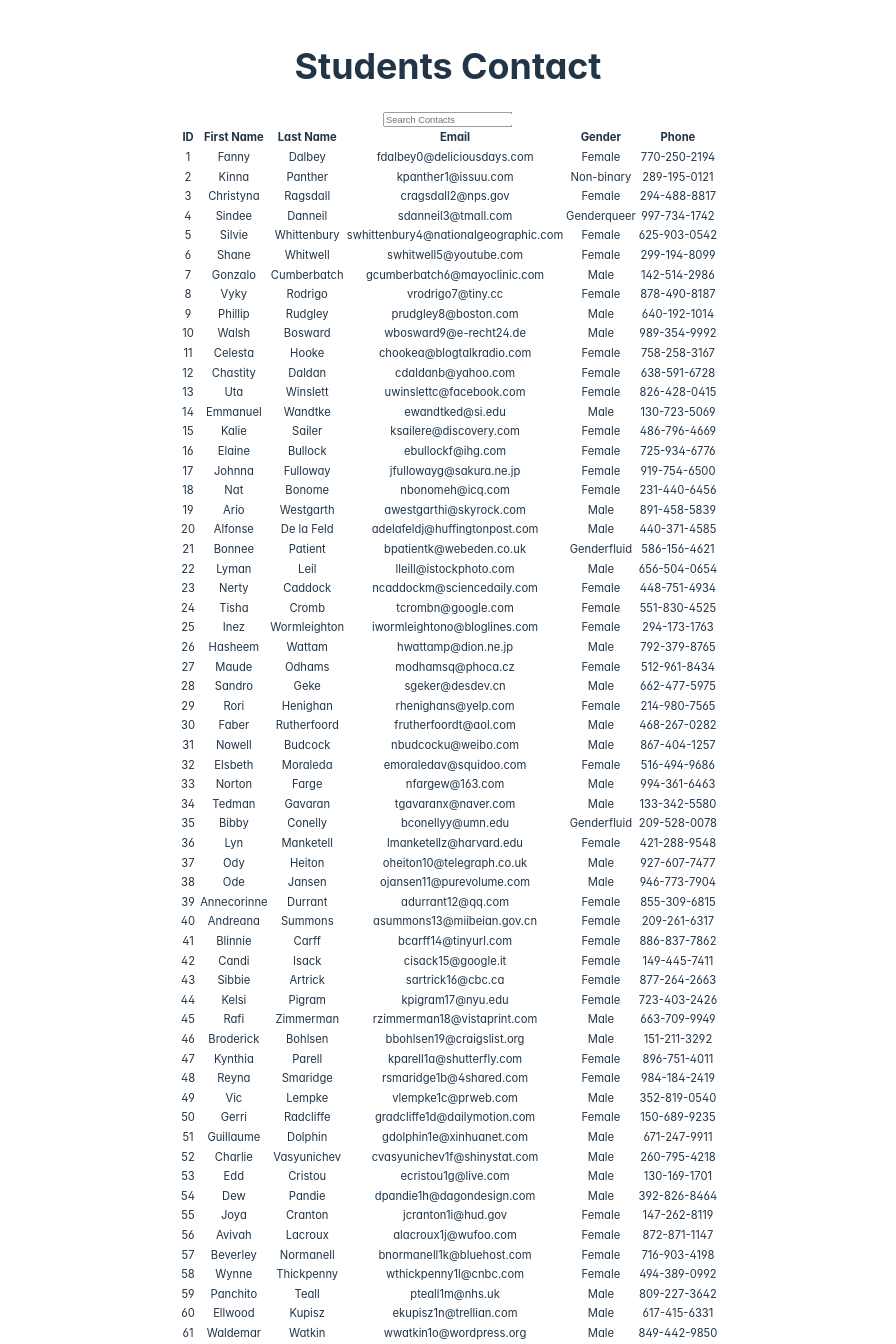
Repository: YingCG/search-sort-object
Page: / (app in filter-through-results/)
An editor plug-in stored every save of this project. The page is shown before and after the next save, followed by the edit.
The browser window is 1280 px wide. The pictures show the part of the page from y = 0 to 1920 px (the page is 3043 px tall before and 805 px after), at 70% of full size.
Some web fonts or font styles are not loaded; a fallback is used. The project was rebuilt for these pictures with package versions that can differ from the ones it lists, and the page was loaded fresh each time. Also part of the build but not shown: filter-through-results/vite.config.js, filter-through-results/src/Search.jsx, filter-through-results/src/SortableTable.jsx.

Above is the page before, as saved 2024-02-28 11:21:24.

### filter-through-results/src/App.jsx
import "./App.css";
import Search from "./Search.jsx";
import SearchAnything from "./SearchAnything.jsx";
import SortableTable from "./SortableTable.jsx";
import DynamicTable from "./DynamicTable.jsx";

function App() {
  return (
    <>
      {/* <Search /> */}
      <SearchAnything />
      {/* <DynamicTable /> */}
    </>
  );
}

export default App;

### filter-through-results/src/SearchAnything.jsx
import React, { useState } from "react";
import { users } from "./data.js";

const SearchAnything = () => {
  const [currentInfo, setCurrentInfo] = useState(users);
  const [filteredInfo, setFilteredInfo] = useState(currentInfo);

  const searchInfo = (e) => {
    console.log(e.target.value);

    setFilteredInfo(
      currentInfo.filter((info) => {
        return Object.values(info).some((value) =>
          String(value).toLowerCase().includes(e.target.value)
        );
      })
    );
  };

  return (
    <>
      <div className="App">
        <h1>Students Contact</h1>
        <form>
          <input placeholder="Search Contacts" onChange={searchInfo} />
        </form>
        <table>
          <thead>
            <tr>
              <th>ID</th>
              <th>First Name</th>
              <th>Last Name</th>
              <th>Email</th>
              <th>Gender</th>
              <th>Phone</th>
            </tr>
          </thead>
          <tbody>
            {filteredInfo.map((user) => (
              <tr key={user.id}>
                <td>{user.id}</td>
                <td>{user.first_name}</td>
                <td>{user.last_name}</td>
                <td>{user.email}</td>
                <td>{user.gender}</td>
                <td>{user.phone}</td>
              </tr>
            ))}
          </tbody>
        </table>
      </div>
    </>
  );
};

export default SearchAnything;

### filter-through-results/src/data.js
export const users = [
  {
    id: 1,
    first_name: "Fanny",
    last_name: "Dalbey",
    email: "fdalbey0@deliciousdays.com",
    gender: "Female",
    phone: "770-250-2194",
  },
  {
    id: 2,
    first_name: "Kinna",
    last_name: "Panther",
    email: "kpanther1@issuu.com",
    gender: "Non-binary",
    phone: "289-195-0121",
  },
  {
    id: 3,
    first_name: "Christyna",
    last_name: "Ragsdall",
    email: "cragsdall2@nps.gov",
    gender: "Female",
    phone: "294-488-8817",
  },
  {
    id: 4,
    first_name: "Sindee",
    last_name: "Danneil",
    email: "sdanneil3@tmall.com",
    gender: "Genderqueer",
    phone: "997-734-1742",
  },
  {
    id: 5,
    first_name: "Silvie",
    last_name: "Whittenbury",
    email: "swhittenbury4@nationalgeographic.com",
    gender: "Female",
    phone: "625-903-0542",
  },
  {
    id: 6,
    first_name: "Shane",
    last_name: "Whitwell",
    email: "swhitwell5@youtube.com",
    gender: "Female",
    phone: "299-194-8099",
  },
  {
    id: 7,
    first_name: "Gonzalo",
    last_name: "Cumberbatch",
    email: "gcumberbatch6@mayoclinic.com",
    gender: "Male",
    phone: "142-514-2986",
  },
  {
    id: 8,
    first_name: "Vyky",
    last_name: "Rodrigo",
    email: "vrodrigo7@tiny.cc",
    gender: "Female",
    phone: "878-490-8187",
  },
  {
    id: 9,
    first_name: "Phillip",
    last_name: "Rudgley",
    email: "prudgley8@boston.com",
    gender: "Male",
    phone: "640-192-1014",
  },
  {
    id: 10,
    first_name: "Walsh",
    last_name: "Bosward",
    email: "wbosward9@e-recht24.de",
    gender: "Male",
    phone: "989-354-9992",
  },
  {
    id: 11,
    first_name: "Celesta",
    last_name: "Hooke",
    email: "chookea@blogtalkradio.com",
    gender: "Female",
    phone: "758-258-3167",
  },
  {
    id: 12,
    first_name: "Chastity",
    last_name: "Daldan",
    email: "cdaldanb@yahoo.com",
    gender: "Female",
    phone: "638-591-6728",
  },
  {
    id: 13,
    first_name: "Uta",
    last_name: "Winslett",
    email: "uwinslettc@facebook.com",
    gender: "Female",
    phone: "826-428-0415",
  },
  {
    id: 14,
    first_name: "Emmanuel",
    last_name: "Wandtke",
    email: "ewandtked@si.edu",
    gender: "Male",
    phone: "130-723-5069",
  },
  {
    id: 15,
    first_name: "Kalie",
    last_name: "Sailer",
    email: "ksailere@discovery.com",
    gender: "Female",
    phone: "486-796-4669",
  },
  {
    id: 16,
    first_name: "Elaine",
    last_name: "Bullock",
    email: "ebullockf@ihg.com",
    gender: "Female",
    phone: "725-934-6776",
  },
  {
    id: 17,
    first_name: "Johnna",
    last_name: "Fulloway",
    email: "jfullowayg@sakura.ne.jp",
    gender: "Female",
    phone: "919-754-6500",
  },
  {
    id: 18,
    first_name: "Nat",
    last_name: "Bonome",
    email: "nbonomeh@icq.com",
    gender: "Female",
    phone: "231-440-6456",
  },
  {
    id: 19,
    first_name: "Ario",
    last_name: "Westgarth",
    email: "awestgarthi@skyrock.com",
    gender: "Male",
    phone: "891-458-5839",
  },
  {
    id: 20,
    first_name: "Alfonse",
    last_name: "De la Feld",
    email: "adelafeldj@huffingtonpost.com",
    gender: "Male",
    phone: "440-371-4585",
  },
  {
    id: 21,
    first_name: "Bonnee",
    last_name: "Patient",
    email: "bpatientk@webeden.co.uk",
    gender: "Genderfluid",
    phone: "586-156-4621",
  },
  {
    id: 22,
    first_name: "Lyman",
    last_name: "Leil",
    email: "lleill@istockphoto.com",
    gender: "Male",
    phone: "656-504-0654",
  },
  {
    id: 23,
    first_name: "Nerty",
    last_name: "Caddock",
    email: "ncaddockm@sciencedaily.com",
    gender: "Female",
    phone: "448-751-4934",
  },
  {
    id: 24,
    first_name: "Tisha",
    last_name: "Cromb",
    email: "tcrombn@google.com",
    gender: "Female",
    phone: "551-830-4525",
  },
  {
    id: 25,
    first_name: "Inez",
    last_name: "Wormleighton",
    email: "iwormleightono@bloglines.com",
    gender: "Female",
    phone: "294-173-1763",
  },
  {
    id: 26,
    first_name: "Hasheem",
    last_name: "Wattam",
    email: "hwattamp@dion.ne.jp",
    gender: "Male",
    phone: "792-379-8765",
  },
  {
    id: 27,
    first_name: "Maude",
    last_name: "Odhams",
    email: "modhamsq@phoca.cz",
    gender: "Female",
    phone: "512-961-8434",
  },
  {
    id: 28,
    first_name: "Sandro",
    last_name: "Geke",
    email: "sgeker@desdev.cn",
    gender: "Male",
    phone: "662-477-5975",
  },
  {
    id: 29,
    first_name: "Rori",
    last_name: "Henighan",
    email: "rhenighans@yelp.com",
    gender: "Female",
    phone: "214-980-7565",
  },
  {
    id: 30,
    first_name: "Faber",
    last_name: "Rutherfoord",
    email: "frutherfoordt@aol.com",
    gender: "Male",
    phone: "468-267-0282",
  },
  {
    id: 31,
    first_name: "Nowell",
    last_name: "Budcock",
    email: "nbudcocku@weibo.com",
    gender: "Male",
    phone: "867-404-1257",
  },
  {
    id: 32,
    first_name: "Elsbeth",
    last_name: "Moraleda",
    email: "emoraledav@squidoo.com",
    gender: "Female",
    phone: "516-494-9686",
  },
  {
    id: 33,
    first_name: "Norton",
    last_name: "Farge",
    email: "nfargew@163.com",
    gender: "Male",
    phone: "994-361-6463",
  },
  {
    id: 34,
    first_name: "Tedman",
    last_name: "Gavaran",
    email: "tgavaranx@naver.com",
    gender: "Male",
    phone: "133-342-5580",
  },
  {
    id: 35,
    first_name: "Bibby",
    last_name: "Conelly",
    email: "bconellyy@umn.edu",
    gender: "Genderfluid",
    phone: "209-528-0078",
  },
  {
    id: 36,
    first_name: "Lyn",
    last_name: "Manketell",
    email: "lmanketellz@harvard.edu",
    gender: "Female",
    phone: "421-288-9548",
  },
  {
    id: 37,
    first_name: "Ody",
    last_name: "Heiton",
    email: "oheiton10@telegraph.co.uk",
    gender: "Male",
    phone: "927-607-7477",
  },
  {
    id: 38,
    first_name: "Ode",
    last_name: "Jansen",
    email: "ojansen11@purevolume.com",
    gender: "Male",
    phone: "946-773-7904",
  },
  {
    id: 39,
    first_name: "Annecorinne",
    last_name: "Durrant",
    email: "adurrant12@qq.com",
    gender: "Female",
    phone: "855-309-6815",
  },
  {
    id: 40,
    first_name: "Andreana",
    last_name: "Summons",
    email: "asummons13@miibeian.gov.cn",
    gender: "Female",
    phone: "209-261-6317",
  },
  {
    id: 41,
    first_name: "Blinnie",
    last_name: "Carff",
    email: "bcarff14@tinyurl.com",
    gender: "Female",
    phone: "886-837-7862",
  },
  {
    id: 42,
    first_name: "Candi",
    last_name: "Isack",
    email: "cisack15@google.it",
    gender: "Female",
    phone: "149-445-7411",
  },
  {
    id: 43,
    first_name: "Sibbie",
    last_name: "Artrick",
    email: "sartrick16@cbc.ca",
    gender: "Female",
    phone: "877-264-2663",
  },
  {
    id: 44,
    first_name: "Kelsi",
    last_name: "Pigram",
    email: "kpigram17@nyu.edu",
    gender: "Female",
    phone: "723-403-2426",
  },
  {
    id: 45,
    first_name: "Rafi",
    last_name: "Zimmerman",
    email: "rzimmerman18@vistaprint.com",
    gender: "Male",
    phone: "663-709-9949",
  },
  {
    id: 46,
    first_name: "Broderick",
    last_name: "Bohlsen",
    email: "bbohlsen19@craigslist.org",
    gender: "Male",
    phone: "151-211-3292",
  },
  {
    id: 47,
    first_name: "Kynthia",
    last_name: "Parell",
    email: "kparell1a@shutterfly.com",
    gender: "Female",
    phone: "896-751-4011",
  },
  {
    id: 48,
    first_name: "Reyna",
    last_name: "Smaridge",
    email: "rsmaridge1b@4shared.com",
    gender: "Female",
    phone: "984-184-2419",
  },
  {
    id: 49,
    first_name: "Vic",
    last_name: "Lempke",
    email: "vlempke1c@prweb.com",
    gender: "Male",
    phone: "352-819-0540",
  },
  {
    id: 50,
    first_name: "Gerri",
    last_name: "Radcliffe",
    email: "gradcliffe1d@dailymotion.com",
    gender: "Female",
    phone: "150-689-9235",
  },
  {
    id: 51,
    first_name: "Guillaume",
    last_name: "Dolphin",
    email: "gdolphin1e@xinhuanet.com",
    gender: "Male",
    phone: "671-247-9911",
  },
  {
    id: 52,
    first_name: "Charlie",
    last_name: "Vasyunichev",
    email: "cvasyunichev1f@shinystat.com",
    gender: "Male",
    phone: "260-795-4218",
  },
  {
    id: 53,
    first_name: "Edd",
    last_name: "Cristou",
    email: "ecristou1g@live.com",
    gender: "Male",
    phone: "130-169-1701",
  },
  {
    id: 54,
    first_name: "Dew",
    last_name: "Pandie",
    email: "dpandie1h@dagondesign.com",
    gender: "Male",
    phone: "392-826-8464",
  },
  {
    id: 55,
    first_name: "Joya",
    last_name: "Cranton",
    email: "jcranton1i@hud.gov",
    gender: "Female",
    phone: "147-262-8119",
  },
  {
    id: 56,
    first_name: "Avivah",
    last_name: "Lacroux",
    email: "alacroux1j@wufoo.com",
    gender: "Female",
    phone: "872-871-1147",
  },
  {
    id: 57,
    first_name: "Beverley",
    last_name: "Normanell",
    email: "bnormanell1k@bluehost.com",
    gender: "Female",
    phone: "716-903-4198",
  },
  {
    id: 58,
    first_name: "Wynne",
    last_name: "Thickpenny",
    email: "wthickpenny1l@cnbc.com",
    gender: "Female",
    phone: "494-389-0992",
  },
  {
    id: 59,
    first_name: "Panchito",
    last_name: "Teall",
    email: "pteall1m@nhs.uk",
    gender: "Male",
    phone: "809-227-3642",
  },
  {
    id: 60,
    first_name: "Ellwood",
    last_name: "Kupisz",
    email: "ekupisz1n@trellian.com",
    gender: "Male",
    phone: "617-415-6331",
  },
  {
    id: 61,
    first_name: "Waldemar",
    last_name: "Watkin",
    email: "wwatkin1o@wordpress.org",
    gender: "Male",
    phone: "849-442-9850",
  },
  {
    id: 62,
    first_name: "Sophey",
    last_name: "Nani",
    email: "snani1p@friendfeed.com",
    gender: "Female",
    phone: "163-154-4544",
  },
  {
    id: 63,
    first_name: "Elton",
    last_name: "Guitt",
    email: "eguitt1q@salon.com",
    gender: "Male",
    phone: "973-462-7303",
  },
  {
    id: 64,
    first_name: "Laurella",
    last_name: "Adamovsky",
    email: "ladamovsky1r@elpais.com",
    gender: "Female",
    phone: "772-338-4733",
  },
  {
    id: 65,
    first_name: "Gale",
    last_name: "Kopelman",
    email: "gkopelman1s@cdc.gov",
    gender: "Female",
    phone: "840-597-2844",
  },
  {
    id: 66,
    first_name: "Datha",
    last_name: "Roach",
    email: "droach1t@live.com",
    gender: "Bigender",
    phone: "439-950-0317",
  },
  {
    id: 67,
    first_name: "Marijn",
    last_name: "Stonhard",
    email: "mstonhard1u@google.pl",
    gender: "Male",
    phone: "754-819-1205",
  },
  {
    id: 68,
    first_name: "Nicky",
    last_name: "Boar",
    email: "nboar1v@toplist.cz",
    gender: "Male",
    phone: "228-612-2358",
  },
  {
    id: 69,
    first_name: "Dollie",
    last_name: "Bettenay",
    email: "dbettenay1w@timesonline.co.uk",
    gender: "Genderqueer",
    phone: "406-472-4662",
  },
  {
    id: 70,
    first_name: "Alexine",
    last_name: "Myderscough",
    email: "amyderscough1x@mac.com",
    gender: "Female",
    phone: "414-721-0547",
  },
  {
    id: 71,
    first_name: "Kev",
    last_name: "Hassett",
    email: "khassett1y@abc.net.au",
    gender: "Non-binary",
    phone: "449-710-4439",
  },
  {
    id: 72,
    first_name: "Ermin",
    last_name: "Hearne",
    email: "ehearne1z@bloomberg.com",
    gender: "Male",
    phone: "905-421-4773",
  },
  {
    id: 73,
    first_name: "Gerick",
    last_name: "Reeks",
    email: "greeks20@alexa.com",
    gender: "Male",
    phone: "606-416-5596",
  },
  {
    id: 74,
    first_name: "Christina",
    last_name: "Clousley",
    email: "cclousley21@bluehost.com",
    gender: "Female",
    phone: "201-537-6638",
  },
  {
    id: 75,
    first_name: "Therine",
    last_name: "Niland",
    email: "tniland22@shop-pro.jp",
    gender: "Female",
    phone: "478-268-2170",
  },
  {
    id: 76,
    first_name: "Starlin",
    last_name: "Stronack",
    email: "sstronack23@1und1.de",
    gender: "Female",
    phone: "140-239-8189",
  },
  {
    id: 77,
    first_name: "Beverie",
    last_name: "Fines",
    email: "bfines24@ted.com",
    gender: "Female",
    phone: "470-636-2435",
  },
  {
    id: 78,
    first_name: "Kirbee",
    last_name: "Gigg",
    email: "kgigg25@timesonline.co.uk",
    gender: "Female",
    phone: "776-471-4914",
  },
  {
    id: 79,
    first_name: "Bord",
    last_name: "Folini",
    email: "bfolini26@npr.org",
    gender: "Genderfluid",
    phone: "560-980-2217",
  },
  {
    id: 80,
    first_name: "Joyce",
    last_name: "Joris",
    email: "jjoris27@altervista.org",
    gender: "Female",
    phone: "915-535-2329",
  },
  {
    id: 81,
    first_name: "Laverne",
    last_name: "Wherton",
    email: "lwherton28@weibo.com",
    gender: "Female",
    phone: "591-205-5053",
  },
  {
    id: 82,
    first_name: "Dewie",
    last_name: "Carden",
    email: "dcarden29@mediafire.com",
    gender: "Male",
    phone: "821-350-4892",
  },
  {
    id: 83,
    first_name: "Lotta",
    last_name: "Gillitt",
    email: "lgillitt2a@cnet.com",
    gender: "Female",
    phone: "374-180-7029",
  },
  {
    id: 84,
    first_name: "Johannah",
    last_name: "Turle",
    email: "jturle2b@jigsy.com",
    gender: "Genderqueer",
    phone: "767-706-9894",
  },
  {
    id: 85,
    first_name: "May",
    last_name: "Vynehall",
    email: "mvynehall2c@gmpg.org",
    gender: "Female",
    phone: "235-743-1737",
  },
  {
    id: 86,
    first_name: "Jenine",
    last_name: "Treby",
    email: "jtreby2d@phoca.cz",
    gender: "Female",
    phone: "116-531-3535",
  },
  {
    id: 87,
    first_name: "Angus",
    last_name: "Gerkens",
    email: "agerkens2e@cocolog-nifty.com",
    gender: "Male",
    phone: "582-611-6578",
  },
  {
    id: 88,
    first_name: "Crosby",
    last_name: "Mityushkin",
    email: "cmityushkin2f@hostgator.com",
    gender: "Male",
    phone: "334-617-1276",
  },
  {
    id: 89,
    first_name: "Manda",
    last_name: "Mellenby",
    email: "mmellenby2g@nih.gov",
    gender: "Female",
    phone: "646-665-5394",
  },
  {
    id: 90,
    first_name: "Elmira",
    last_name: "Smithyman",
    email: "esmithyman2h@privacy.gov.au",
    gender: "Female",
    phone: "504-868-6292",
  },
  {
    id: 91,
    first_name: "Dominick",
    last_name: "Doogan",
    email: "ddoogan2i@wordpress.org",
    gender: "Polygender",
    phone: "528-601-7755",
  },
  {
    id: 92,
    first_name: "Reid",
    last_name: "Kach",
    email: "rkach2j@google.es",
    gender: "Male",
    phone: "826-417-3298",
  },
  {
    id: 93,
    first_name: "Giles",
    last_name: "Ludovico",
    email: "gludovico2k@google.es",
    gender: "Male",
    phone: "556-756-8251",
  },
  {
    id: 94,
    first_name: "Pammie",
    last_name: "Botterill",
    email: "pbotterill2l@dagondesign.com",
    gender: "Female",
    phone: "520-813-6138",
  },
  {
    id: 95,
    first_name: "Steffie",
    last_name: "Storrah",
    email: "sstorrah2m@gizmodo.com",
    gender: "Female",
    phone: "670-845-8034",
  },
  {
    id: 96,
    first_name: "Wandie",
    last_name: "Keggins",
    email: "wkeggins2n@utexas.edu",
    gender: "Female",
    phone: "870-950-2640",
  },
  {
    id: 97,
    first_name: "Belinda",
    last_name: "Kier",
    email: "bkier2o@indiegogo.com",
    gender: "Polygender",
    phone: "641-241-3425",
  },
  {
    id: 98,
    first_name: "Joanna",
    last_name: "Pickerell",
    email: "jpickerell2p@ehow.com",
    gender: "Female",
    phone: "742-629-9125",
  },
  {
    id: 99,
    first_name: "Lolly",
    last_name: "Jutson",
    email: "ljutson2q@vistaprint.com",
    gender: "Female",
    phone: "354-823-1156",
  },
  {
    id: 100,
    first_name: "Alyda",
    last_name: "Paulisch",
    email: "apaulisch2r@sogou.com",
    gender: "Genderfluid",
    phone: "678-513-7927",
  },
];

### filter-through-results/src/DynamicTable.jsx
import React, { useState } from "react";
import { DataTable } from "primereact/datatable";
import { Column } from "primereact/column";
import "primereact/resources/themes/lara-light-cyan/theme.css";
import "primereact/resources/primereact.min.css";
import { users } from "./data.js";
import { FilterMatchMode } from "primereact/api";
import { InputText } from "primereact/inputtext";

function DynamicTable() {
  const [filters, setFilters] = useState({
    global: { value: null, matchMode: FilterMatchMode.CONTAINS },
  });

  return (
    <div>
      <InputText
        onInput={(e) =>
          setFilters({
            ...filters,
            global: {
              value: e.target.value,
              matchMode: FilterMatchMode.CONTAINS,
            },
          })
        }
      />
      <DataTable
        value={users}
        sortMode="multiple"
        filters={filters}
        paginator
        rows={10}
        rowsPerPageOptions={[3, 5, 10]}
        totalRecords={100}
      >
        <Column field="id" header="ID" sortable />
        <Column field="first_name" header="First Name" sortable />
        <Column field="last_name" header="Last Name" sortable />
        <Column field="email" header="Email" sortable />
        <Column field="gender" header="Gender" sortable />
        <Column field="phone" header="Phone" sortable />
      </DataTable>
    </div>
  );
}

export default DynamicTable;

Loaded but not shown: filter-through-results/index.html (common file); filter-through-results/src/main.jsx (common file); filter-through-results/src/index.css (common file); filter-through-results/src/App.css (common file)

After the next save:
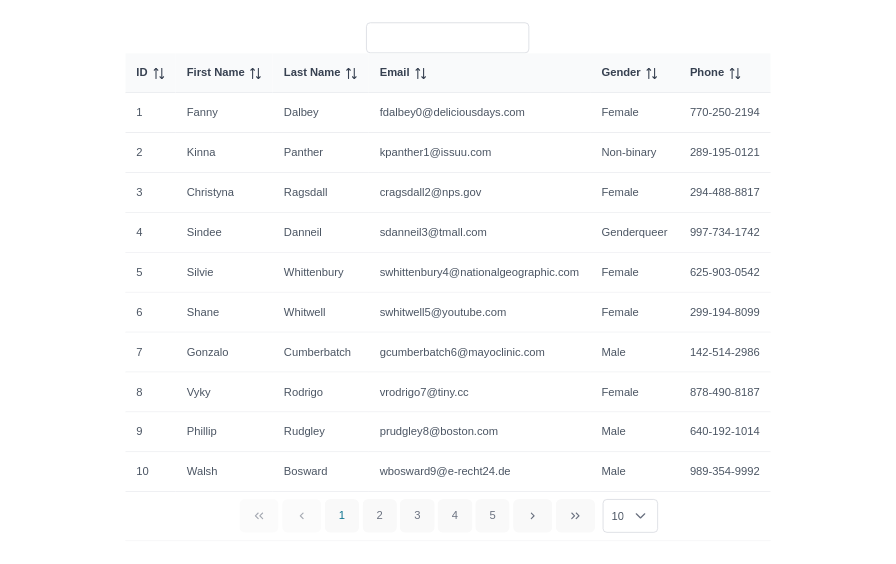
Saved 6 min 29 s later.
--- a/filter-through-results/src/App.jsx
+++ b/filter-through-results/src/App.jsx
@@ -8,8 +8,8 @@ function App() {
   return (
     <>
       {/* <Search /> */}
-      <SearchAnything />
-      {/* <DynamicTable /> */}
+      {/* <SearchAnything /> */}
+      <DynamicTable />
     </>
   );
 }
